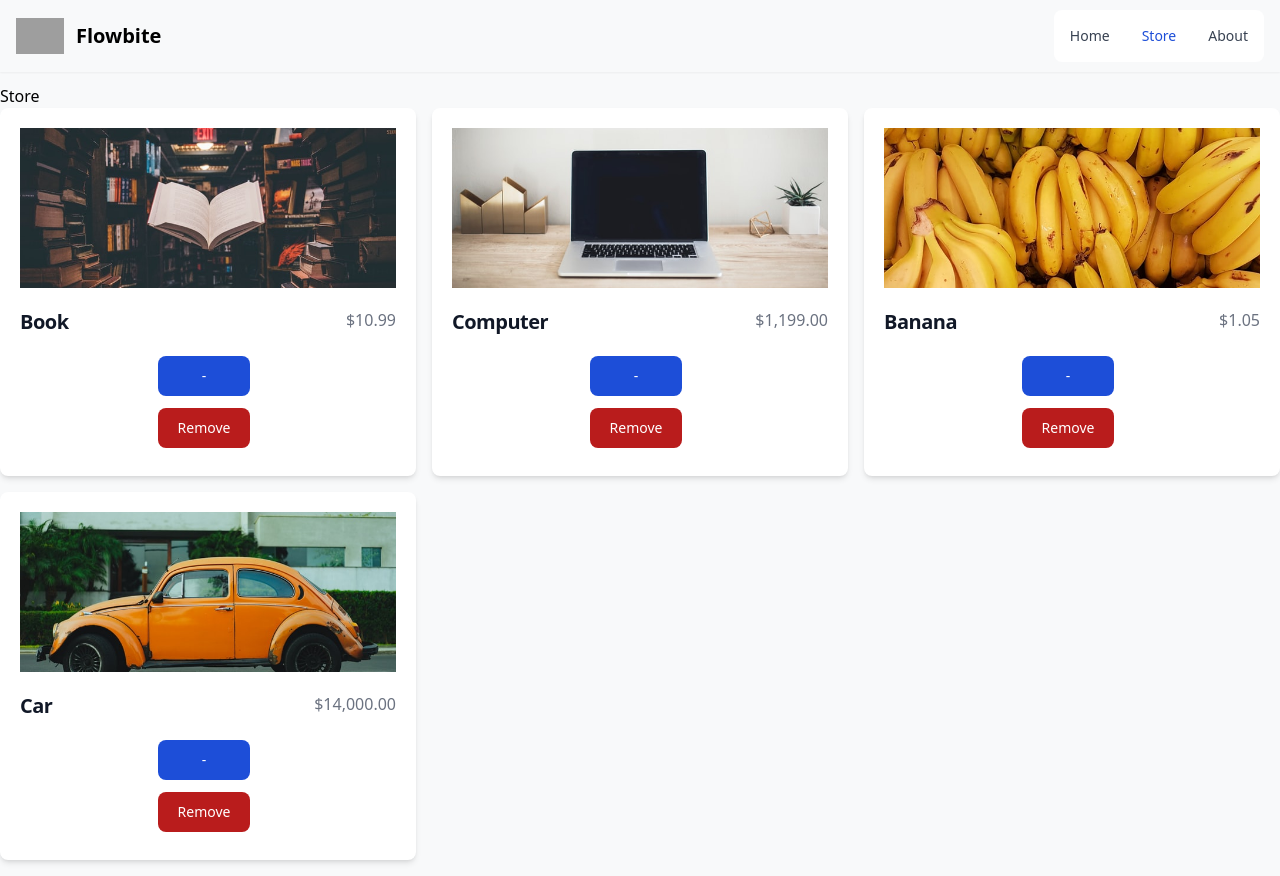
Repository: ducanhaep/react-ts-shopping-cart
Page: /store, after clicking the first element matching `button.text-white`
The author's editor kept a copy of each file at every save. The page is drawn from the files as they stood at one save, then again after the next save.
The browser window is 1280 px wide. The pictures show the whole page.
Pictures or frames that could not be fetched are drawn as grey boxes. The project was rebuilt for these pictures with package versions that can differ from the ones it lists, and the page was loaded fresh each time. Also part of the build but not shown: vite.config.ts, src/pages/About.js, src/pages/Home.js.

Above is the page before, as saved 2023-01-11 20:03:40.

### src/App.tsx
import { Routes, Route } from "react-router-dom";
import { About } from "./pages/About";
import { Home } from "./pages/Home";
import { Store } from "./pages/Store";
import { Navbar } from "./components/Navbar";
function App() {
  return (
    <>
      <Navbar />
      <div className="container mb-4">
        <Routes>
          <Route path="/" element={<Home />} />
          <Route path="/store" element={<Store />} />
          <Route path="/about" element={<About />} />
        </Routes>
      </div>
    </>
  );
}

export default App;

### src/index.css
@tailwind base;
@tailwind components;
@tailwind utilities;
:root {
  font-synthesis: none;
  text-rendering: optimizeLegibility;
  -webkit-font-smoothing: antialiased;
  -moz-osx-font-smoothing: grayscale;
  -webkit-text-size-adjust: 100%;
}

/* Box sizing rules */
*,
*::before,
*::after {
  box-sizing: border-box;
}

/* Remove default margin */
body,
h1,
h2,
h3,
h4,
p,
figure,
blockquote,
dl,
dd {
  margin: 0;
}

/* Remove list styles on ul, ol elements with a list role, which suggests default styling will be removed */
ul[role="list"],
ol[role="list"] {
  list-style: none;
}

/* Set core root defaults */
html:focus-within {
  scroll-behavior: smooth;
}

/* Set core body defaults */
body {
  min-height: 100vh;
  text-rendering: optimizeSpeed;
  line-height: 1.5;
  background-color: #f8f9fa;
}

input,
button,
textarea,
select {
  font: inherit;
}

### src/pages/Store.tsx
import { StoreItem } from "../components/StoreItem";
import storeItems from "../data/items.json";
export function Store() {
  return (
    <>
      <h1>Store</h1>
      <div className="grid grid-cols-1 md:grid-cols-3 2xl:grid-cols-4 gap-8 md:gap-4">
        {storeItems.map((item) => (
          <StoreItem {...item} key={item.id} />
        ))}
      </div>
    </>
  );
}

### src/components/Navbar.tsx
import { Link, NavLink } from "react-router-dom";
import { BsFillCartFill } from "react-icons/bs";

export function Navbar() {
  return (
    <div className="shadow-sm mb-3">
      <nav className="containerbg-white border-gray-200 px-2 sm:px-4 py-2.5 rounded dark:bg-gray-900">
        <div className="container flex flex-wrap items-center justify-between mx-auto">
          <a href="#" className="flex items-center">
            <img
              src="https://flowbite.com/docs/images/logo.svg"
              className="h-6 mr-3 sm:h-9"
              alt="Flowbite Logo"
            />
            <span className="self-center text-xl font-semibold whitespace-nowrap dark:text-white">
              Flowbite
            </span>
          </a>
          <button
            data-collapse-toggle="navbar-default"
            type="button"
            aria-controls="navbar-default"
            aria-expanded="false"
            className="relative md:hidden text-blue-700 hover:text-white border border-blue-700 hover:bg-blue-800 focus:outline-none  font-medium rounded-lg text-sm px-5 py-2.5 text-center mr-2 mb-2"
          >
            <BsFillCartFill />
            <div className="absolute inline-flex items-center justify-center w-6 h-6 text-xs font-bold text-white bg-red-500 border-2 border-white rounded-full -top-2 -right-2 dark:border-gray-900">
              20
            </div>
          </button>
          <div className="hidden w-full md:block md:w-auto" id="navbar-default">
            <ul className="flex flex-col p-4 mt-4 border border-gray-100 rounded-lg bg-gray-50 md:flex-row md:space-x-8 md:mt-0 md:text-sm md:font-medium md:border-0 md:bg-white dark:bg-gray-800 md:dark:bg-gray-900 dark:border-gray-700">
              <li>
                <NavLink
                  to="/"
                  className={({ isActive }) =>
                    isActive
                      ? "text-white bg-blue-700 rounded md:bg-transparent md:text-blue-700 md:p-0 dark:text-white"
                      : "block py-2 pl-3 pr-4 text-gray-700 rounded hover:bg-gray-100 md:hover:bg-transparent md:border-0 md:hover:text-blue-700 md:p-0 dark:text-gray-400 md:dark:hover:text-white dark:hover:bg-gray-700 dark:hover:text-white md:dark:hover:bg-transparent"
                  }
                  aria-current="page"
                >
                  Home
                </NavLink>
              </li>
              <li>
                <NavLink
                  to="store"
                  className={({ isActive }) =>
                    isActive
                      ? "text-white bg-blue-700 rounded md:bg-transparent md:text-blue-700 md:p-0 dark:text-white"
                      : "block py-2 pl-3 pr-4 text-gray-700 rounded hover:bg-gray-100 md:hover:bg-transparent md:border-0 md:hover:text-blue-700 md:p-0 dark:text-gray-400 md:dark:hover:text-white dark:hover:bg-gray-700 dark:hover:text-white md:dark:hover:bg-transparent"
                  }
                >
                  Store
                </NavLink>
              </li>
              <li>
                <NavLink
                  to="about"
                  className={({ isActive }) =>
                    isActive
                      ? "text-white bg-blue-700 rounded md:bg-transparent md:text-blue-700 md:p-0 dark:text-white"
                      : "block py-2 pl-3 pr-4 text-gray-700 rounded hover:bg-gray-100 md:hover:bg-transparent md:border-0 md:hover:text-blue-700 md:p-0 dark:text-gray-400 md:dark:hover:text-white dark:hover:bg-gray-700 dark:hover:text-white md:dark:hover:bg-transparent"
                  }
                >
                  About
                </NavLink>
              </li>
            </ul>
          </div>
        </div>
      </nav>
    </div>
  );
}

### src/components/StoreItem.tsx
import { Link } from "react-router-dom";
import { formatCurrency } from "../utilities/formatCurrency";

interface StoreItemProps {
  id: number;
  name: string;
  price: number;
  imgUrl: string;
}
export function StoreItem({ id, name, price, imgUrl }: StoreItemProps) {
  const quantity: number = 1;
  return (
    <div className="w-full bg-white rounded-lg shadow-md">
      <div className="">
        <Link to="#">
          <img
            src={imgUrl}
            alt="imgUrl"
            className="rounded-t-lg p-5 object-cover h-[200px] w-full"
          />
        </Link>
      </div>
      <div className="flex flex-col px-5">
        <div className="flex justify-between">
          <Link to="#">
            <h5 className="text-xl font-semibold tracking-tight text-gray-900">
              {name}
            </h5>
          </Link>
          <p className="text-gray-500 font-medium">{formatCurrency(price)}</p>
        </div>
        <div className="flex justify-center py-5">
          {quantity === 0 ? (
            <button
              type="button"
              className="text-white w-full bg-blue-700 hover:bg-blue-800 font-medium rounded-lg text-sm px-5 py-2.5 mr-2 mb-2 "
            >
              + Add To Cart
            </button>
          ) : (
            <div className="flex flex-col justify-center gap-1">
              <div className="flex justify-center gap-1">
                <button
                  type="button"
                  className="text-white w-full bg-blue-700 hover:bg-blue-800 font-medium rounded-lg text-sm px-5 py-2.5 mr-2 mb-2 "
                >
                  -
                </button>
              </div>
              <button
                type="button"
                className="focus:outline-none text-white bg-red-700 hover:bg-red-800 font-medium rounded-lg text-sm px-5 py-2.5 mr-2 mb-2"
              >
                Remove
              </button>
            </div>
          )}
        </div>
      </div>
    </div>
  );
}

### src/data/items.json
[
	{
		"id": 1,
		"name": "Book",
		"price": 10.99,
		"imgUrl": "/imgs/book.jpg"
	},
	{
		"id": 2,
		"name": "Computer",
		"price": 1199,
		"imgUrl": "/imgs/computer.jpg"
	},
	{
		"id": 3,
		"name": "Banana",
		"price": 1.05,
		"imgUrl": "/imgs/banana.jpg"
	},
	{
		"id": 4,
		"name": "Car",
		"price": 14000,
		"imgUrl": "/imgs/car.jpg"
	}
]

### tailwind.config.cjs
/** @type {import('tailwindcss').Config} */
module.exports = {
  content: ["./index.html", "./src/**/*.{js,ts,jsx,tsx}"],
  theme: {
    container: {
      center: true,
    },
    extend: {
      colors: {
        "light-color": "#f8f9fa",
      },
    },
  },
  plugins: [],
};

Loaded but not shown: index.html (common file); src/main.tsx (common file); src/utilities/formatCurrency.ts (common file)

After the next save:
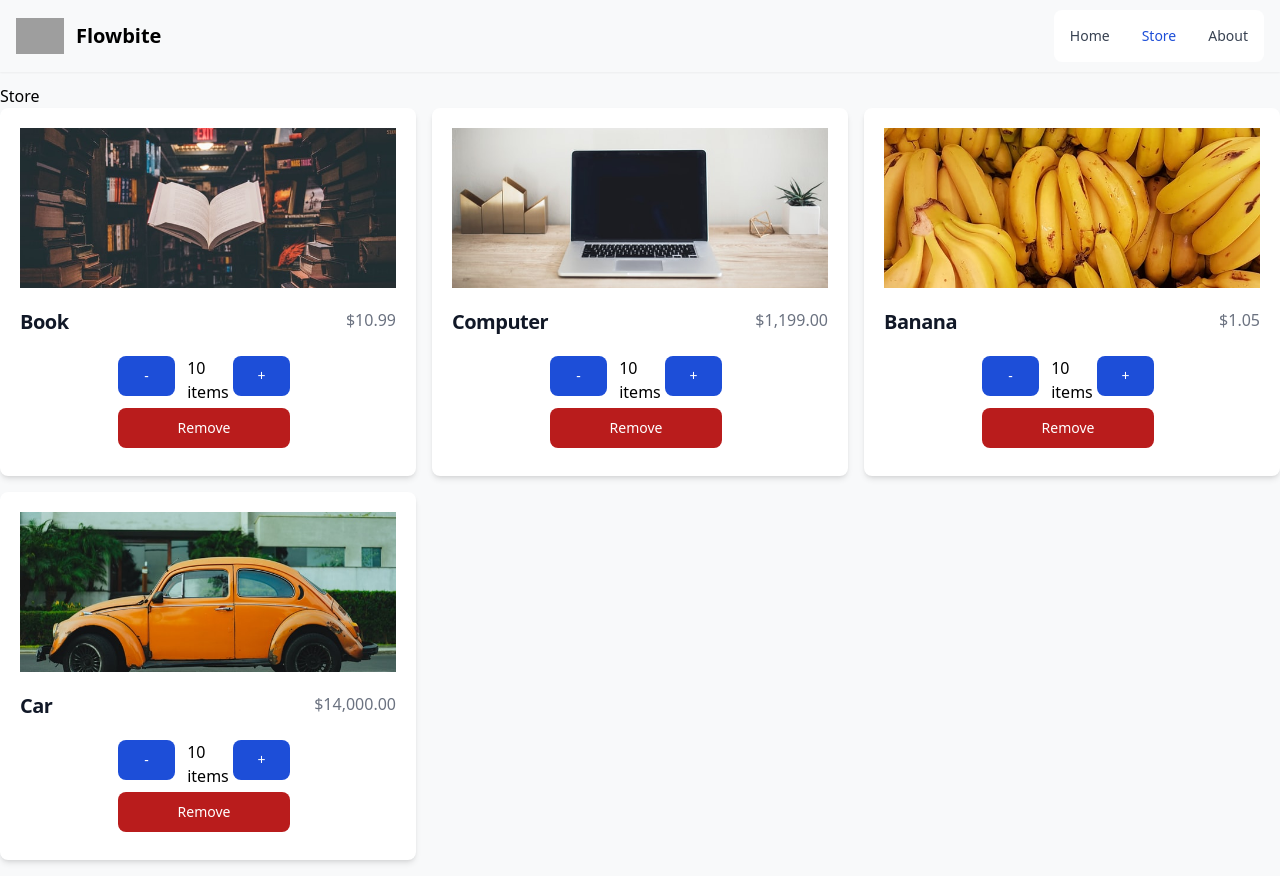
Saved 24 s later.
--- a/src/components/StoreItem.tsx
+++ b/src/components/StoreItem.tsx
@@ -46,6 +46,13 @@ export function StoreItem({ id, name, price, imgUrl }: StoreItemProps) {
                 >
                   -
                 </button>
+                <span>10 items</span>
+                <button
+                  type="button"
+                  className="text-white w-full bg-blue-700 hover:bg-blue-800 font-medium rounded-lg text-sm px-5 py-2.5 mr-2 mb-2 "
+                >
+                  +
+                </button>
               </div>
               <button
                 type="button"
